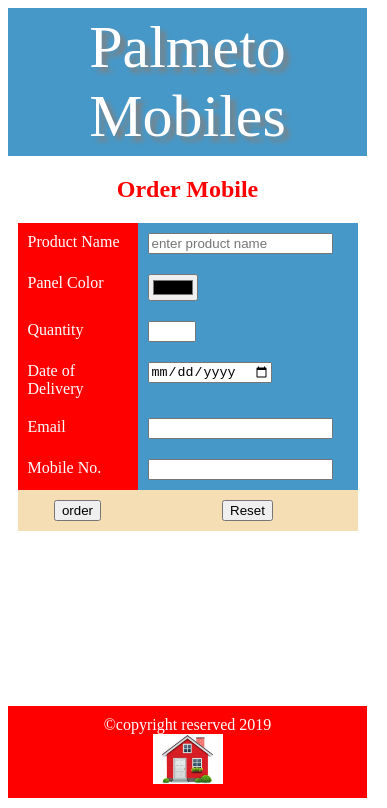
Repository: abhishekj720/HSBCLearn
Page: gagan/JEE/HtmlCssDemo/WebContent/Order.html
These files come from the project's save history. The page is drawn as it stood at one moment and after the next save; the edit follows.
The browser window is 375 px wide. The page is 375 px wide, then 387 px, so the pictures cover 387 px, including what lies to the right of the window. The pictures show the whole page.

Above is the page before, as saved 2019-07-29 11:36:17.

After the next save:
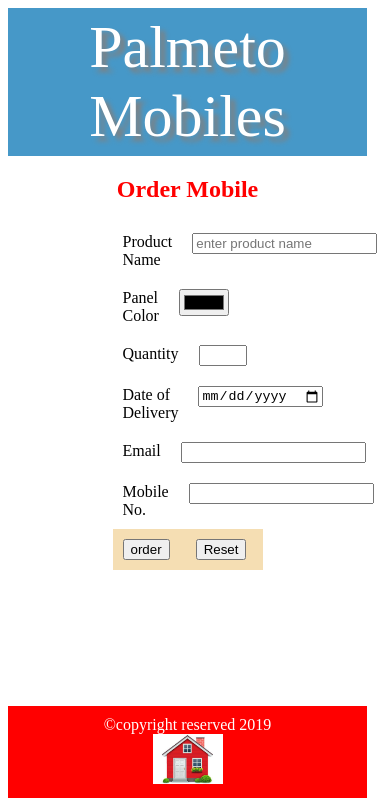
Saved 84 s later.
--- a/gagan/JEE/HtmlCssDemo/WebContent/frm.css
+++ b/gagan/JEE/HtmlCssDemo/WebContent/frm.css
@@ -37,7 +37,7 @@ th, td{
 
 
 
-@media only screen and (masx-width: 400px){
+@media only screen and (max-width: 400px){
 	#frm2{
 		width: 150px;
 	}
